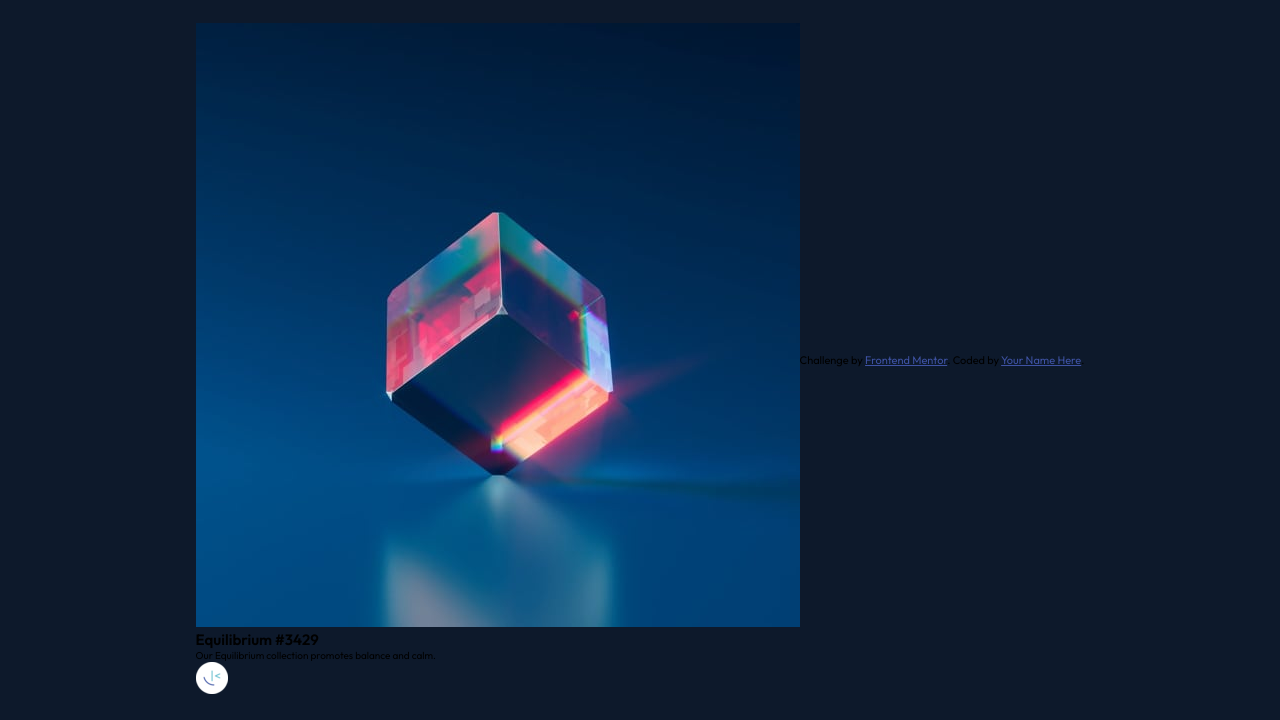
Repository: thaibaocoder1/nft-preview-card-component
Page: index.html
An editor plug-in stored every save of this project. The page is shown before and after a run of saves, followed by the edit.
The browser window is 1280 px wide. The pictures show the whole page.

Above is the page before, as saved 2023-01-06 18:23:19.

### index.html
<!DOCTYPE html>
<html lang="en">
<head>
  <meta charset="UTF-8">
  <meta name="viewport" content="width=device-width, initial-scale=1.0">
  <link rel="icon" type="image/png" sizes="32x32" href="./images/favicon-32x32.png">
  <title>Frontend Mentor | NFT preview card component</title>
  <link rel="stylesheet" href="./style.css">
  <style>
    .attribution { font-size: 11px; text-align: center; }
    .attribution a { color: hsl(228, 45%, 44%); }
  </style>
</head>
<body>
  <main class="container">
    <img src="./images/image-equilibrium.jpg" alt="" class="container-img">
    <div class="container-content">
      <h2 class="container-heading">Equilibrium #3429</h2>
      <p class="container-descs">Our Equilibrium collection promotes balance and calm.</p>
    </div>
    <div class="container-content--date">
      <img src="./images/favicon-32x32.png" alt="">
    </div>
  </main>


  <div class="attribution">
    Challenge by <a href="https://www.frontendmentor.io?ref=challenge" target="_blank">Frontend Mentor</a>.
    Coded by <a href="#">Your Name Here</a>.
  </div>
</body>
</html>
<!-- Equilibrium #3429

Our Equilibrium collection promotes balance and calm.

0.041 ETH
3 days left

Creation of Jules Wyvern -->

### style.css
@import url('https://fonts.googleapis.com/css2?family=Outfit:wght@300;400;600&display=swap');
* {
    margin: 0;
    padding: 0;
    box-sizing: border-box;
}
body {
    text-rendering: optimizeLegibility;
    scroll-behavior: smooth;
    font-size: 62.5%;
    font-family: 'Outfit', sans-serif;
    display: flex;
    align-items: center;
    justify-content: center;
    min-height: calc(100vh - 1px);
    background-color: var(--very-dark-blue-main);
}
:root {
    --soft-blue: hsl(215, 51%, 70%);
    --cyan-color: hsl(178, 100%, 50%);
    --very-dark-blue-main: hsl(217, 54%, 11%);
    --very-dark-blue-card: hsl(216, 50%, 16%);
    --very-dark-blue-line: hsl(215, 32%, 27%);
    --white-color: hsl(0, 0%, 100%);
}

After the next 2 saves:
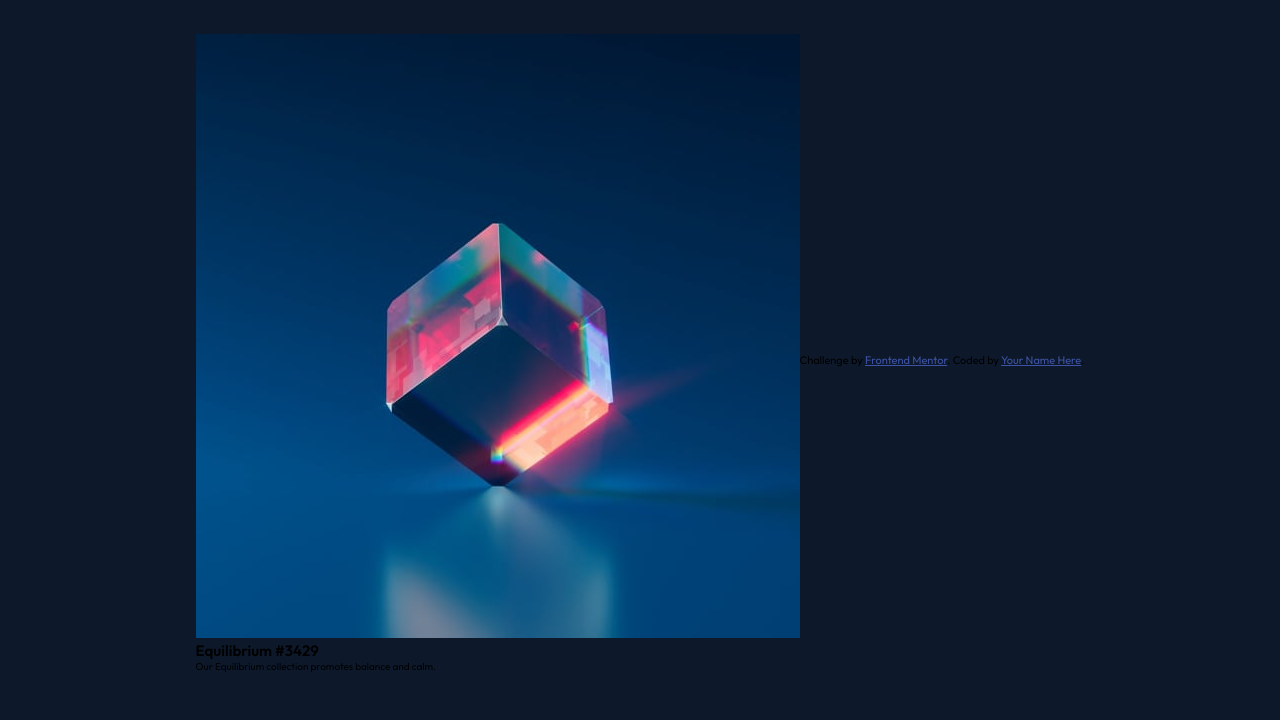
The 2 saves are shown as one change because they came seconds apart.
The last was saved 10 s later.
--- a/index.html
+++ b/index.html
@@ -19,7 +19,7 @@
       <p class="container-descs">Our Equilibrium collection promotes balance and calm.</p>
     </div>
     <div class="container-content--date">
-      <img src="./images/favicon-32x32.png" alt="">
+      <img src="" alt="">
     </div>
   </main>
 
